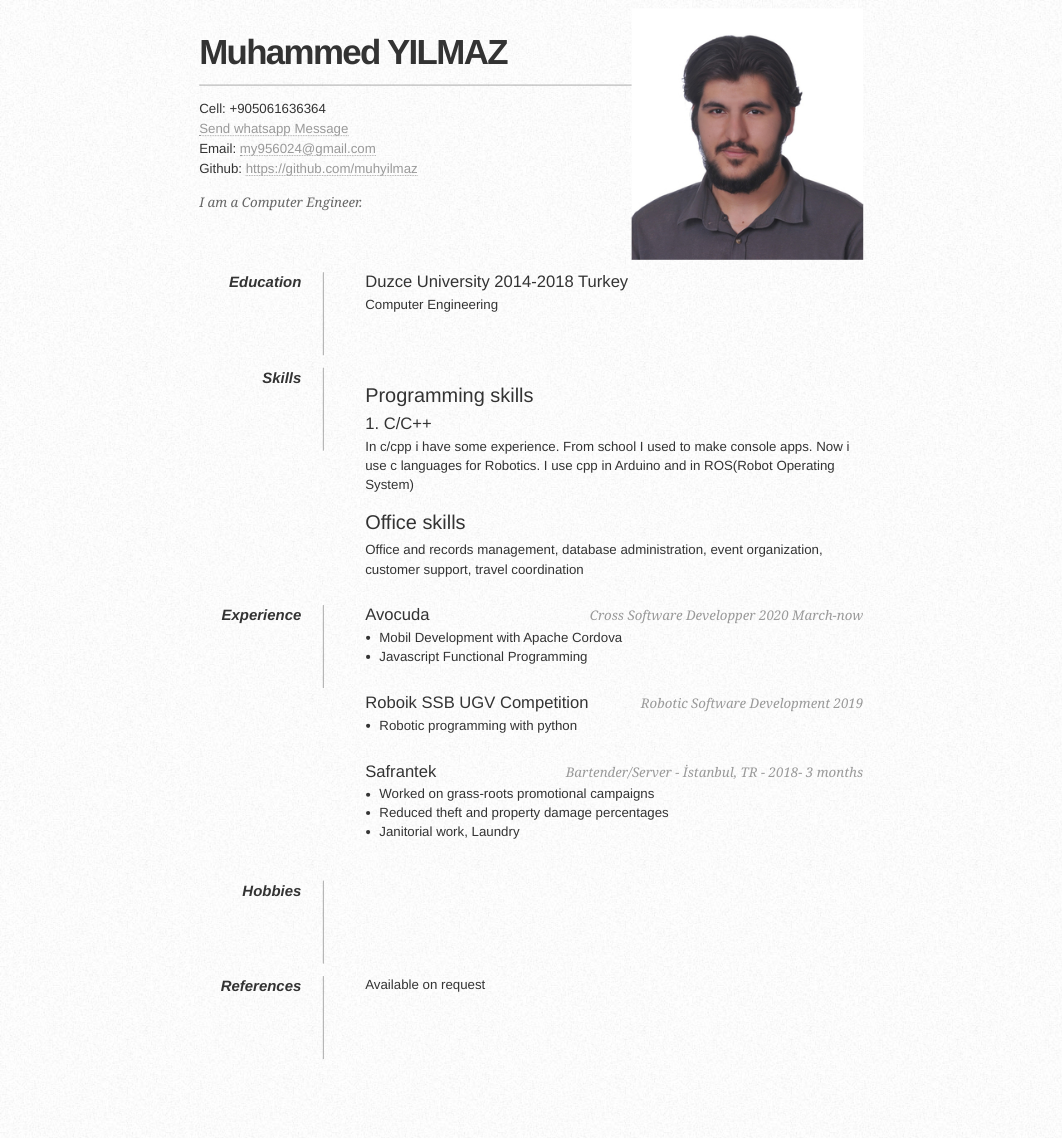
Repository: muhyilmaz/muhyilmaz.github.io
Page: index.html
The author's editor kept a copy of each file at every save. The page is drawn from the files as they stood at one save, then again after the next save.
The browser window is 1280 px wide. The pictures show the whole page, at 83% of full size.

Above is the page before, as saved 2020-06-08 18:30:12.

### index.html
<!DOCTYPE html PUBLIC "-//W3C//DTD XHTML 1.0 Strict//EN"
"http://www.w3.org/TR/xhtml1/DTD/xhtml1-strict.dtd">

<html xmlns="http://www.w3.org/1999/xhtml" xml:lang="en" lang="en">

<head>

     <meta http-equiv="Content-Type" content="text/html; charset=utf-8"/>
     <meta name="viewport" content="width=device-width, initial-scale=1">
     <link rel="stylesheet" href="https://maxcdn.bootstrapcdn.com/bootstrap/3.4.1/css/bootstrap.min.css">
     <script src="https://ajax.googleapis.com/ajax/libs/jquery/3.5.1/jquery.min.js"></script>
     <script src="https://maxcdn.bootstrapcdn.com/bootstrap/3.4.1/js/bootstrap.min.js"></script>

     <title>MUHAMMED YILMAZ</title>

     <style type="text/css">
        * { margin: 0; padding: 0; }
        body { font: 16px Helvetica, Sans-Serif; line-height: 24px; background: url(images/noise.jpg); }
        .clear { clear: both; }
        #page-wrap { width: 800px; margin: 40px auto 60px; }
        #pic { float: right; margin: -30px 0 0 0; }
        h1 { margin: 0 0 16px 0; padding: 0 0 16px 0; font-size: 42px; font-weight: bold; letter-spacing: -2px; border-bottom: 1px solid #999; }
        h2 { font-size: 20px; margin: 0 0 6px 0; position: relative; }
        h2 span { position: absolute; bottom: 0; right: 0; font-style: italic; font-family: Georgia, Serif; font-size: 16px; color: #999; font-weight: normal; }
        p { margin: 0 0 16px 0; }
        a { color: #999; text-decoration: none; border-bottom: 1px dotted #999; }
        a:hover { border-bottom-style: solid; color: black; }
        ul { margin: 0 0 32px 17px; }
        #objective { width: 500px; float: left; }
        #objective p { font-family: Georgia, Serif; font-style: italic; color: #666; }
        dt { font-style: italic; font-weight: bold; font-size: 18px; text-align: right; padding: 0 26px 0 0; width: 150px; float: left; height: 100px; border-right: 1px solid #999;  }
        dd { width: 600px; float: right; }
        dd.clear { float: none; margin: 0; height: 15px; }
     </style>
</head>

<body>

    <div id="page-wrap">

        <img src="images/profileres.jpg" alt="Photo of Cthulu" id="pic" />

        <div id="contact-info" class="vcard">

            <!-- Microformats! -->

            <h1 class="fn">Muhammed YILMAZ</h1>

            <p>
                Cell: <span class="tel">+905061636364</span><br />
                <a href="https://api.whatsapp.com/send?phone=905061636364">Send whatsapp Message</a><br />
                Email: <a class="email" href="mailto:my956024@gmail.com">my956024@gmail.com</a><br />
                Github: <a href="https://github.com/muhyilmaz">https://github.com/muhyilmaz</a>
            </p>
        </div>

        <div id="objective">
            <p>
                I am a Computer Engineer.
            </p>
        </div>

        <div class="clear"></div>

        <dl>
            <dd class="clear"></dd>

            <dt>Education</dt>
            <dd>
                <h2>Duzce University 2014-2018 Turkey</h2>
                <p> Computer Engineering </br>

				</p>
            </dd>

            <dd class="clear"></dd>

            <dt>Skills</dt>
            <dd>
                <!---
				<h2>Office skills</h2>
                <p>Office and records management, database administration, event organization, customer support, travel coordination</p>

                <h2>Computer skills</h2>
                <p>Microsoft productivity software (Word, Excel, etc), Adobe Creative Suite, Windows</p>
				-->
				<h3>Programming skills</h3>
				<h2>1. C/C++</h2>
                <p>In c/cpp i have some experience. From school I used to make console apps. Now i use c languages for Robotics. I use cpp in Arduino and in ROS(Robot Operating System)</p>
                <!--
                <div class="progress">
                    <div class="progress-bar progress-bar-info" role="progressbar" aria-valuenow="60" aria-valuemin="0" aria-valuemax="100" style="width:60%">
                      60% Complete
                    </div>
                  </div>
				-->
				<h3>Office skills</h3>
                <p>Office and records management, database administration, event organization, customer support, travel coordination</p>
			</dd>

            <dd class="clear"></dd>

            <dt>Experience</dt>
            <dd>
                <h2>Avocuda <span>Cross Software Developper 2020 March-now</span></h2>
                <ul>
                    <li> Mobil Development with Apache Cordova</li>
					<li> Javascript Functional Programming</li>

                </ul>
                <h2>Roboik SSB UGV Competition <span>Robotic Software Development 2019</span></h2>
                <ul>
                    <li>Robotic programming with python</li>

                </ul>
                <h2>Safrantek <span>Bartender/Server - İstanbul, TR - 2018- 3 months</span></h2>
                <ul>
                    <li>Worked on grass-roots promotional campaigns</li>
                    <li>Reduced theft and property damage percentages</li>
                    <li>Janitorial work, Laundry</li>
                </ul>
            </dd>

            <dd class="clear"></dd>

            <dt>Hobbies</dt>
            <dd></dd>

            <dd class="clear"></dd>

            <dt>References</dt>
            <dd>Available on request</dd>

            <dd class="clear"></dd>
        </dl>

        <div class="clear"></div>

    </div>

</body>

</html>

After the next save:
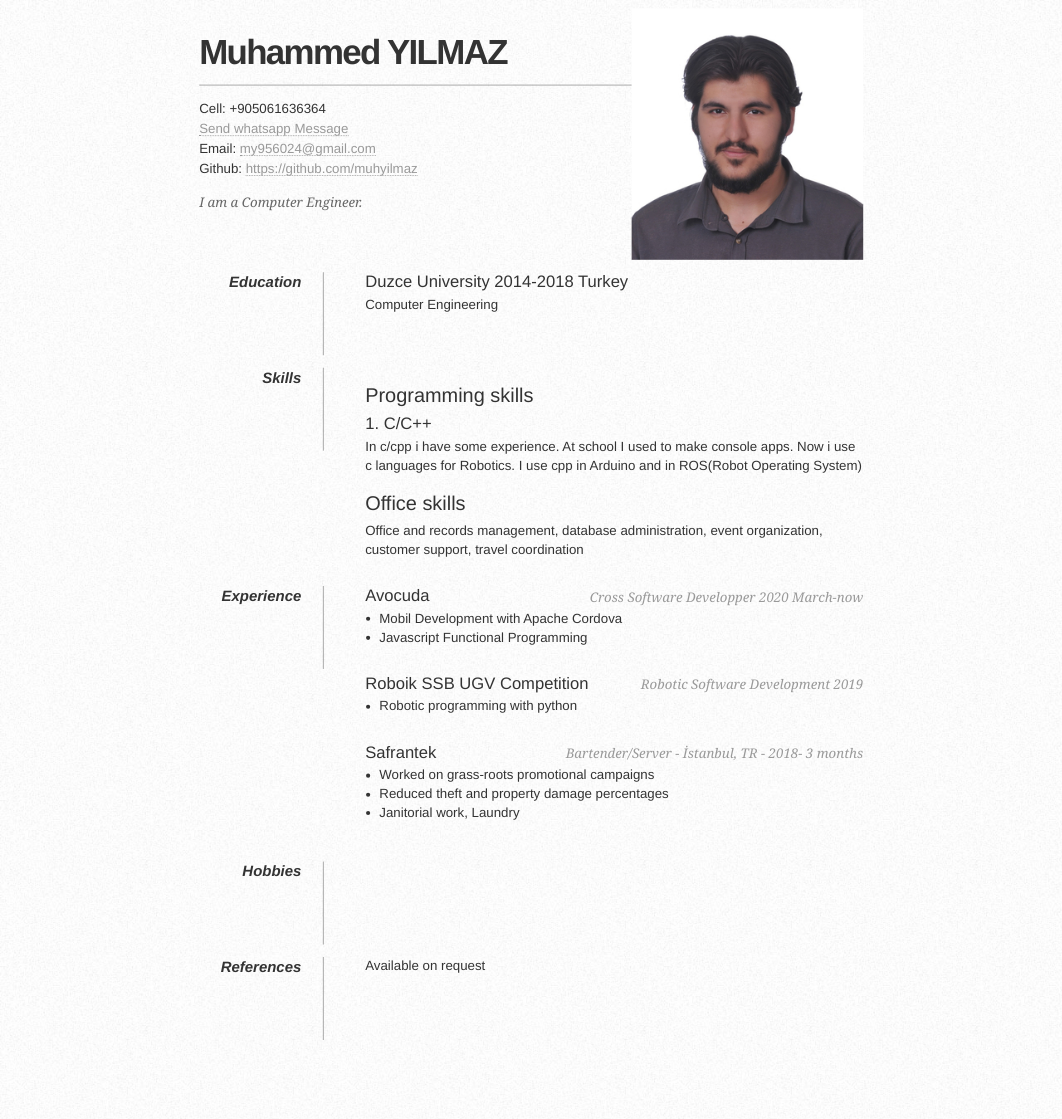
Saved 14 s later.
--- a/index.html
+++ b/index.html
@@ -86,7 +86,7 @@
 				-->
 				<h3>Programming skills</h3>
 				<h2>1. C/C++</h2>
-                <p>In c/cpp i have some experience. From school I used to make console apps. Now i use c languages for Robotics. I use cpp in Arduino and in ROS(Robot Operating System)</p>
+                <p>In c/cpp i have some experience. At school I used to make console apps. Now i use c languages for Robotics. I use cpp in Arduino and in ROS(Robot Operating System)</p>
                 <!--
                 <div class="progress">
                     <div class="progress-bar progress-bar-info" role="progressbar" aria-valuenow="60" aria-valuemin="0" aria-valuemax="100" style="width:60%">
